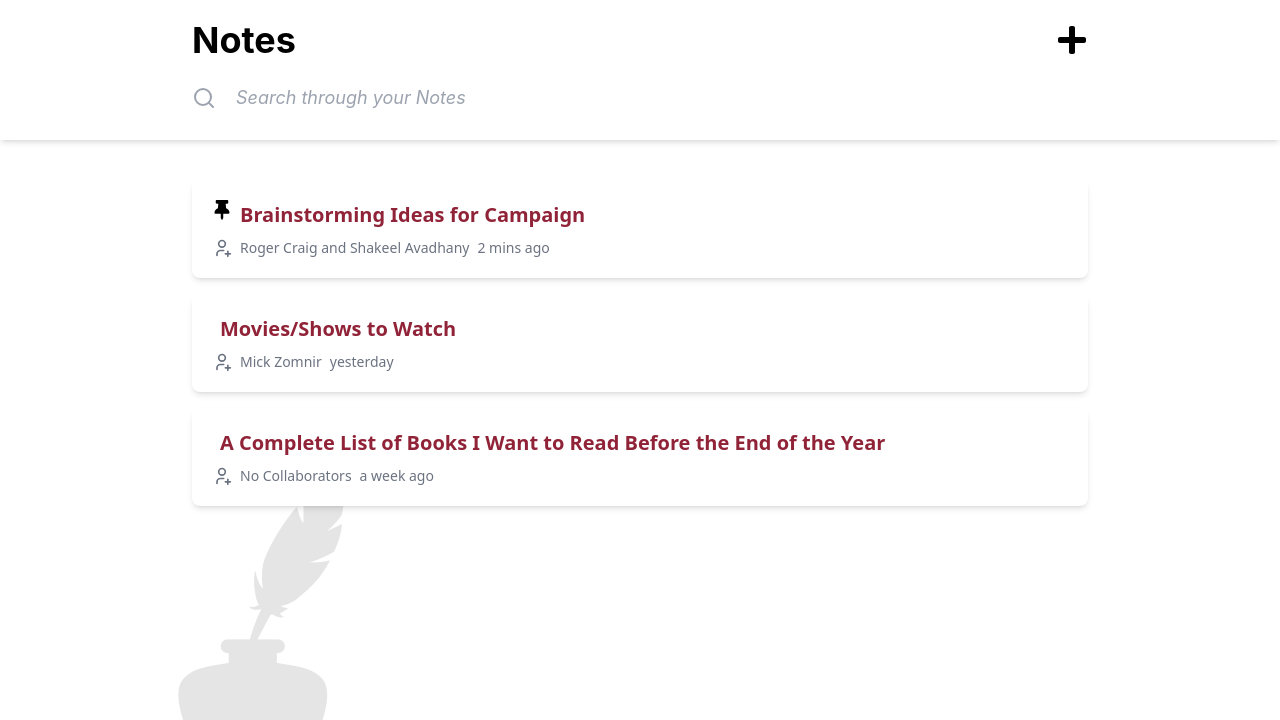
Repository: shabiasaeed/Notes-app
Page: /
An editor plug-in stored every save of this project. The page is shown before and after a run of saves, followed by the edit.
The browser window is 1280 px wide. The pictures show the whole page.
The project was rebuilt for these pictures with package versions that can differ from the ones it lists, and the page was loaded fresh each time. Also part of the build but not shown: src/components/Header.css, src/components/Note.css, src/App.css.

Above is the page before, as saved 2025-01-01 18:57:28.

### src/App.js
import React, { useState } from 'react';
import Header from './components/Header';
import Note from './components/Note';
import './App.css';
import backgroundInk from './assets/ink-background-element.png';

//Component to handle the rendering of the header and note compnents
function App() {
  // Displaying few static notes
  const [notes, notesList] = useState([
    {
      title: "Brainstorming Ideas for Campaign",
      author: "Roger Craig and Shakeel Avadhany",
      time: "2 mins ago",
      pinned: true
    },
    {
      title: "Movies/Shows to Watch",
      author: "Mick Zomnir",
      time: "yesterday",
      pinned: false
    },
    {
      title: "A Complete List of Books I Want to Read Before the End of the Year",
      author: "No Collaborators",
      time: "a week ago",
      pinned: false
    }
  ]);

  function handleDelete(title){
    notesList(notes.filter( note => note.title !== title))
  }

  function handlePinToggle(title){
    notesList(prevNotes => prevNotes.map(note => note.title === title ? { ...note, pinned: !note.pinned } : note));
  };

  // Search state
  const [searchNotes, setSearchNotes] = useState('');

  // Filter notes based on search
  const filteredNotes = notes.filter(note => note.title.toLowerCase().includes(searchNotes.toLowerCase()));

  // Pinned notes to appear at the top
  const sortedNotes = filteredNotes.sort((a, b) => b.pinned - a.pinned);

  return (
    <div>
      <Header setSearchNotes={setSearchNotes}/>
      <main className="p-2 relative flex flex-col items-center font-sans">
        <img src={backgroundInk} alt="Ink Element" className="fixed top-2/3 right-2/3 transform -translate-x-1/2 z-[-1] w-26"/>
        <div className="w-full max-w-4xl mt-8 grid grid-cols-1 gap-4">
          {sortedNotes.map((note, index) => (
            <Note key={index} title={note.title} author={note.author} time={note.time} pinned={note.pinned} onDelete={handleDelete} onPinToggle={handlePinToggle}/>
          ))}
        </div>
      </main>
    </div>
  );
}

export default App;

### src/components/Header.js
import React from 'react';
import './Header.css';
import addButton from '../assets/add-button.png';
import { FiSearch } from 'react-icons/fi';
import { FaPlus } from 'react-icons/fa';


// Component to handle the display of the application's header section
const Header = ({ setSearchNotes }) => {
  return (
    <header className="p-5 bg-white flex flex-col items-center shadow-md">
      <div className="flex items-center justify-between w-full max-w-4xl">
        <h1 className="text-4xl font-bold text-black">Notes</h1>
        <FaPlus className="w-8 h-8 cursor-pointer"/>
      </div>
      <div className="flex items-center w-full max-w-4xl mt-4">
        <FiSearch className="w-6 h-6 text-gray-400 mr-3" />
        <input type="text" placeholder="Search through your Notes" className="flex-grow border-none outline-none p-2 text-lg italic placeholder-gray-400" onChange={(e) => setSearchNotes(e.target.value)}/>
      </div>
    </header>
  );
};

export default Header;

### src/components/Note.js
import React, { useState } from 'react';
import './Note.css';
import userIcon from '../assets/user-icon.png';
import { FiTrash } from 'react-icons/fi';
import { FaThumbtack } from 'react-icons/fa';
import { TbPinned } from 'react-icons/tb';
import { TbUserPlus } from 'react-icons/tb';

//Component to handle the display of the note's section
const Note = ({ title, author, time, pinned, onDelete, onPinToggle }) => {
  const [isHovered, setIsHovered] = useState(false); //State for checking whether the note is hovered


  return (
    <div className="p-5 rounded-lg bg-white shadow-md hover:shadow-lg flex flex-col gap-2 cursor-pointer w-full" onMouseEnter={() => setIsHovered(true)} onMouseLeave={() => setIsHovered(false)}>
      <div className={`flex ${pinned ? '' : 'text-gray-800'}`}>
      {pinned ? (<FaThumbtack className="w-5 h-5 cursor-pointer" onClick={() => onPinToggle(title)}/>) : (isHovered && (<TbPinned className="w-5 h-5 cursor-pointer" onClick={() => onPinToggle(title)}/>))}
        <h2 className="ml-2 font-bold text-[20px] text-[#912338]">{title}</h2>
        {isHovered && (<FiTrash className="w-5 h-5 cursor-pointer mr-3" onClick={() => onDelete(title)}/>)}
      </div>
      <div className="flex items-center gap-2 text-sm text-gray-500">
        <TbUserPlus className="w-5 h-5 cursor-pointer" />
        <p>{author}</p>
        <span>{time}</span>
      </div>
    </div>
  );
};

export default Note;

Loaded but not shown: public/index.html (common file); src/index.js (common file); src/index.css (common file); src/reportWebVitals.js (common file); tailwind.config.js (common file)

After the next 2 saves:
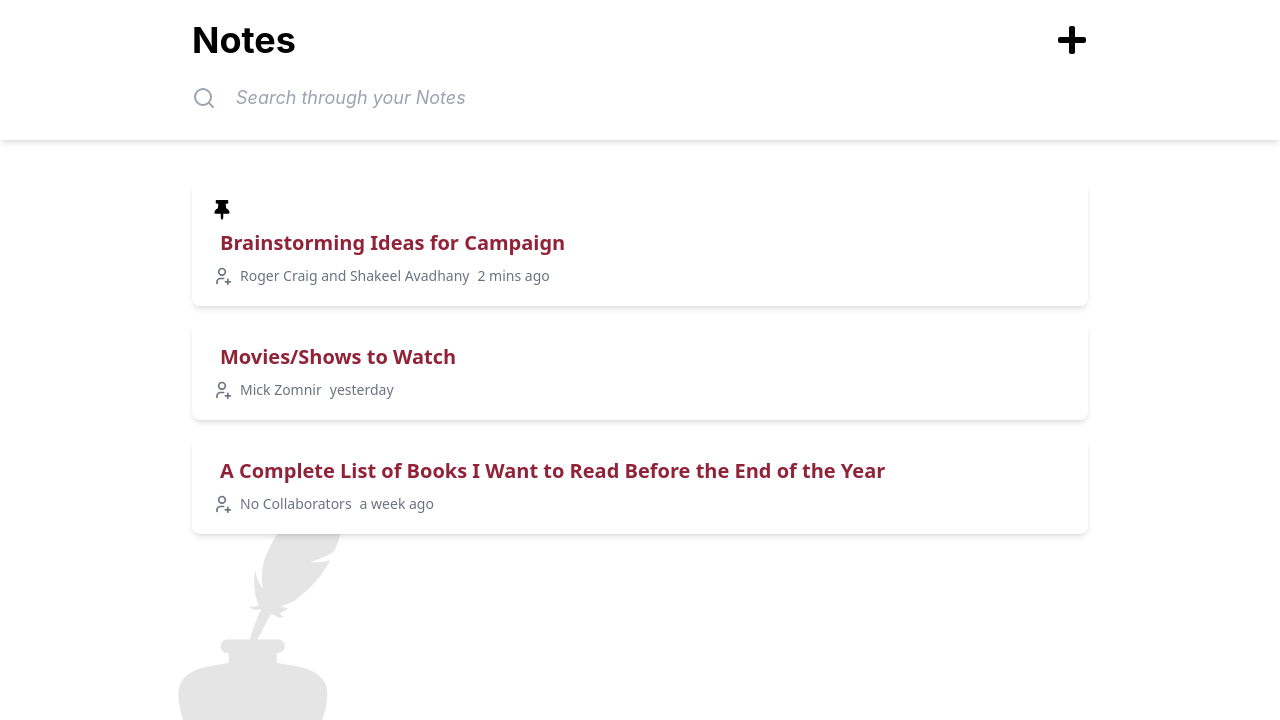
The 2 saves are shown as one change because 1 did not build or start.
The last was saved 85 s later.
--- a/src/components/Note.js
+++ b/src/components/Note.js
@@ -13,11 +13,11 @@
 
   return (
     <div className="p-5 rounded-lg bg-white shadow-md hover:shadow-lg flex flex-col gap-2 cursor-pointer w-full" onMouseEnter={() => setIsHovered(true)} onMouseLeave={() => setIsHovered(false)}>
-      <div className={`flex ${pinned ? '' : 'text-gray-800'}`}>
+
       {pinned ? (<FaThumbtack className="w-5 h-5 cursor-pointer" onClick={() => onPinToggle(title)}/>) : (isHovered && (<TbPinned className="w-5 h-5 cursor-pointer" onClick={() => onPinToggle(title)}/>))}
         <h2 className="ml-2 font-bold text-[20px] text-[#912338]">{title}</h2>
         {isHovered && (<FiTrash className="w-5 h-5 cursor-pointer mr-3" onClick={() => onDelete(title)}/>)}
-      </div>
+
       <div className="flex items-center gap-2 text-sm text-gray-500">
         <TbUserPlus className="w-5 h-5 cursor-pointer" />
         <p>{author}</p>

After the save that followed:
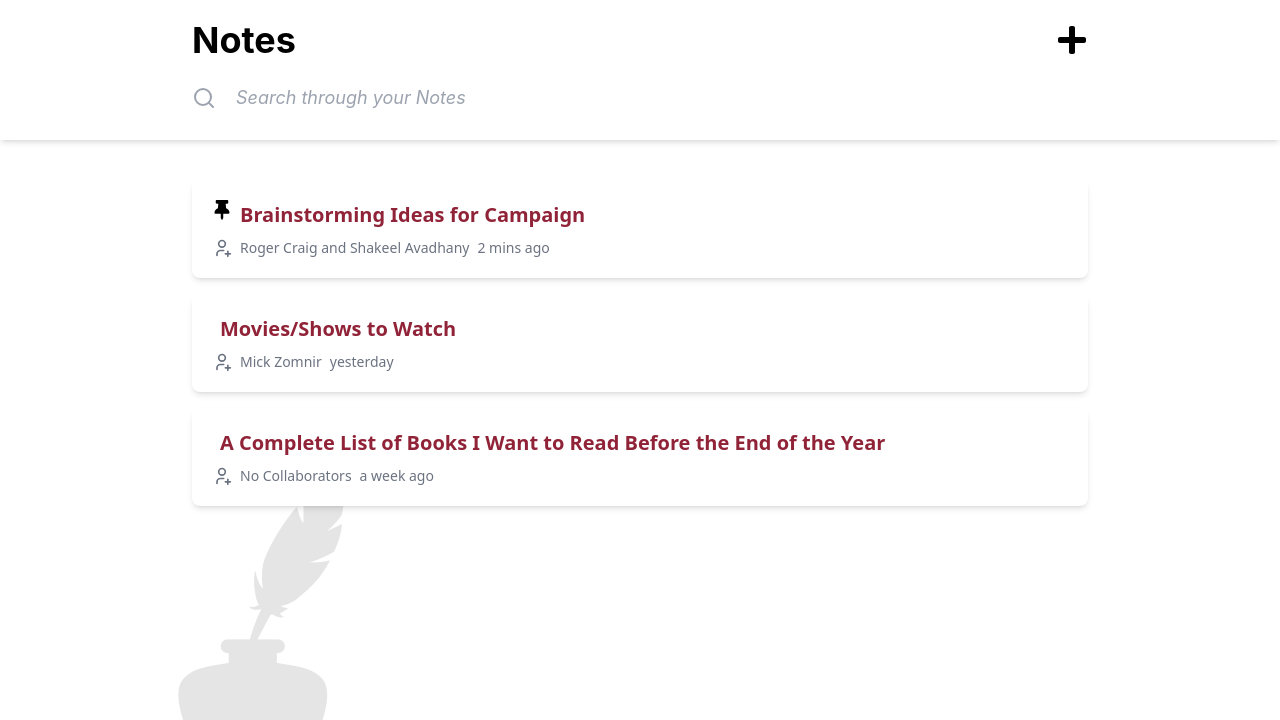
Saved 10 s later.
--- a/src/components/Note.js
+++ b/src/components/Note.js
@@ -13,11 +13,11 @@
 
   return (
     <div className="p-5 rounded-lg bg-white shadow-md hover:shadow-lg flex flex-col gap-2 cursor-pointer w-full" onMouseEnter={() => setIsHovered(true)} onMouseLeave={() => setIsHovered(false)}>
-
+      <div className={`flex ${pinned ? '' : 'text-gray-800'}`}>
       {pinned ? (<FaThumbtack className="w-5 h-5 cursor-pointer" onClick={() => onPinToggle(title)}/>) : (isHovered && (<TbPinned className="w-5 h-5 cursor-pointer" onClick={() => onPinToggle(title)}/>))}
         <h2 className="ml-2 font-bold text-[20px] text-[#912338]">{title}</h2>
         {isHovered && (<FiTrash className="w-5 h-5 cursor-pointer mr-3" onClick={() => onDelete(title)}/>)}
-
+      </div>
       <div className="flex items-center gap-2 text-sm text-gray-500">
         <TbUserPlus className="w-5 h-5 cursor-pointer" />
         <p>{author}</p>
